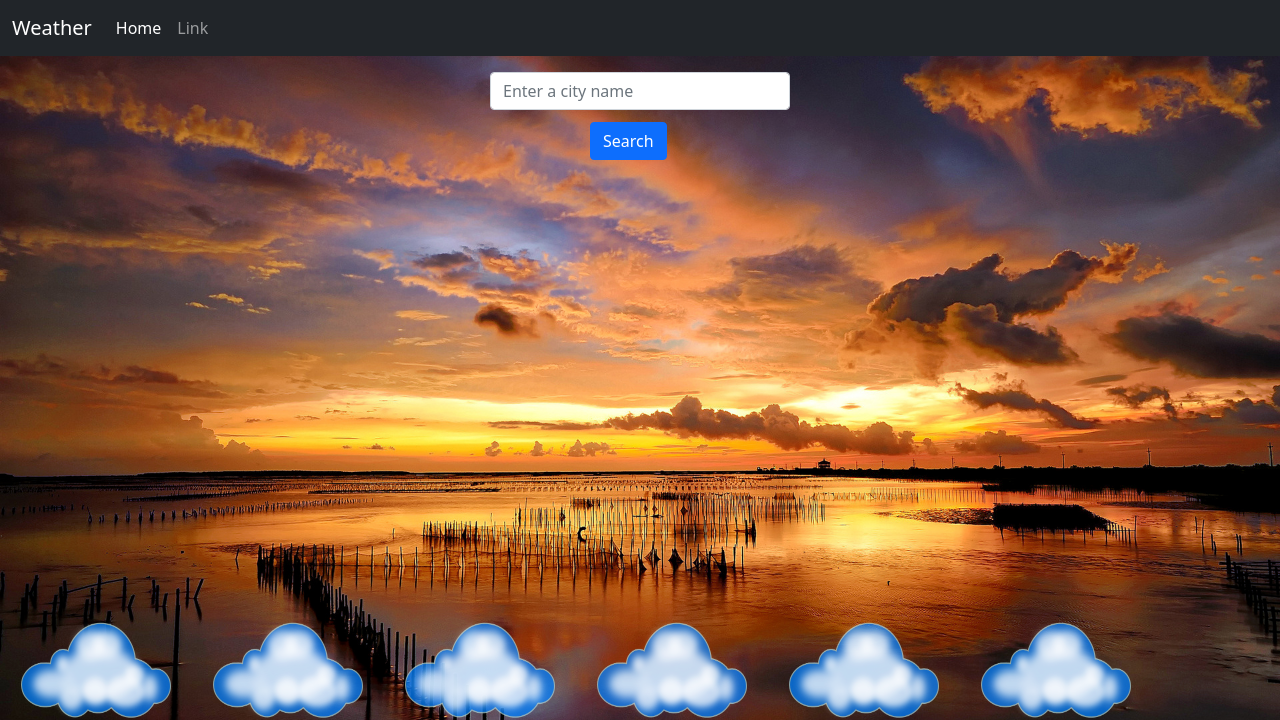
Repository: rohitbharti258/Project_Weather_finder
Page: index.html
These files come from the project's save history. The page is drawn as it stood at one moment and after the next save; the edit follows.
The browser window is 1280 px wide. The pictures show the whole page.

Above is the page before, as saved 2022-02-28 13:05:39.

After the next save:
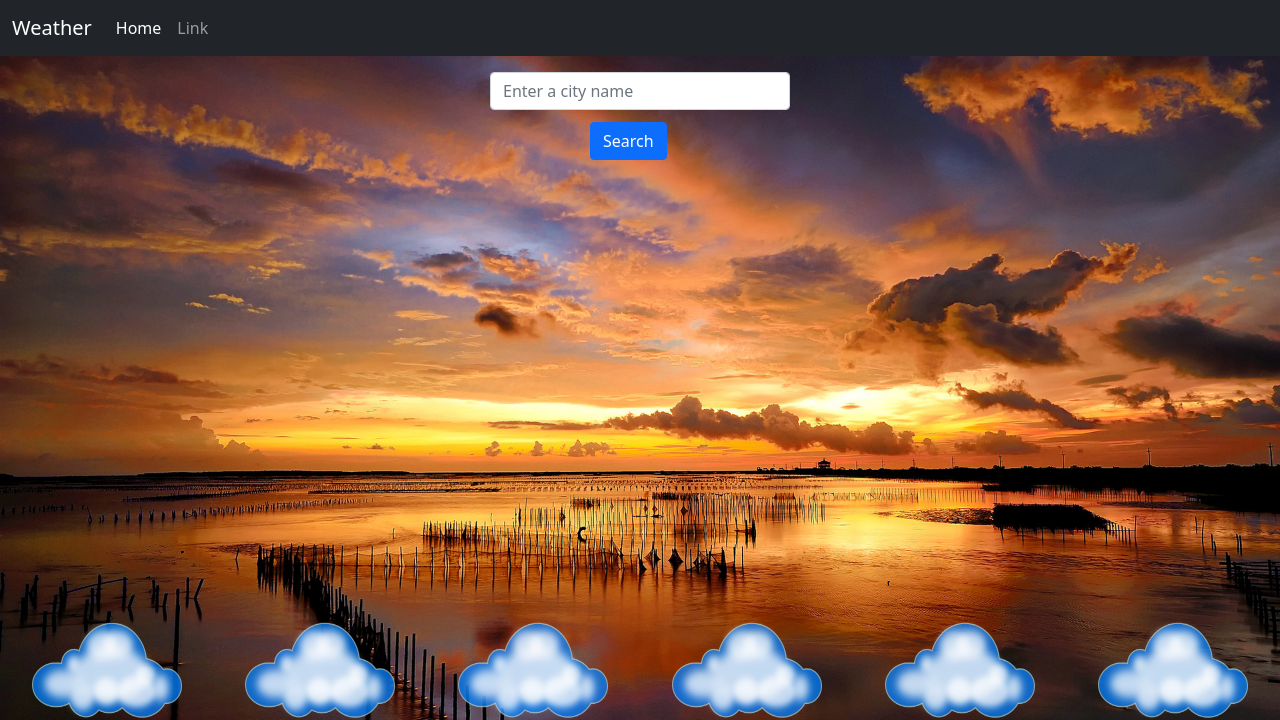
Saved 22 s later.
--- a/style.css
+++ b/style.css
@@ -18,7 +18,7 @@ body {
     align-items: center;
     position: absolute;
     bottom:0px;
-    min-width:90%;
+    min-width:100%;
     transition: all 0.4s;
 
 }
